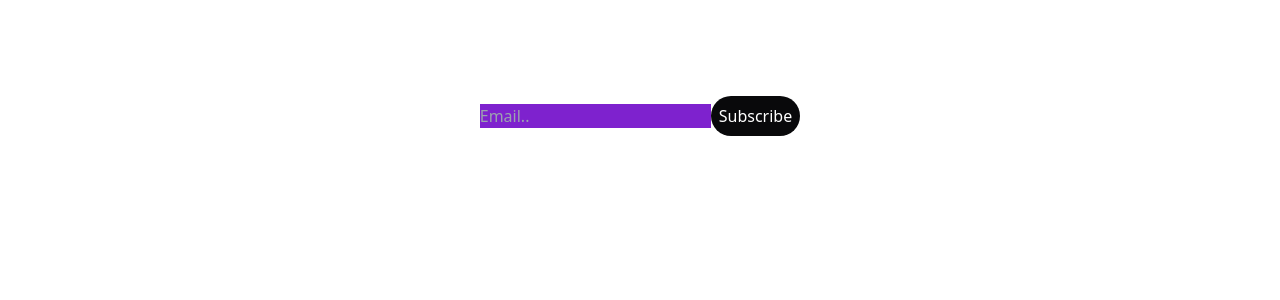
Repository: Semanmernstack/mailchimp-newsletter
Page: /
The author's editor kept a copy of each file at every save. The page is drawn from the files as they stood at one save, then again after the next save.
The browser window is 1280 px wide. The pictures show the whole page.
The project was rebuilt for these pictures with package versions that can differ from the ones it lists, and the page was loaded fresh each time. The framework's server and built-in components were replaced by stand-ins that run in the browser. Also part of the build but not shown: next.config.js.

Above is the page before, as saved 2023-05-24 05:08:33.

After the next save:
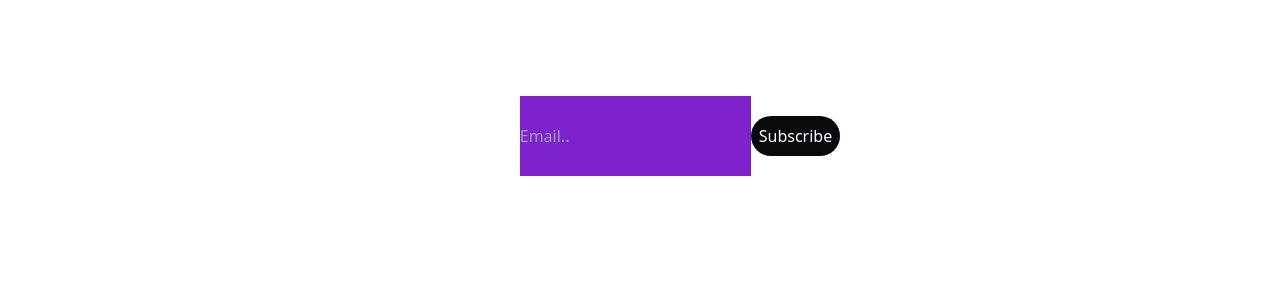
Saved 23 s later.
--- a/app/components/Mailing.tsx
+++ b/app/components/Mailing.tsx
@@ -20,7 +20,7 @@
                     value={input}
                     onChange={(e) => setInput(e.target.value)}
                     required
-                    className="outline-none bg-purple-700 border-none from-fuchsia-400 "
+                    className="outline-none bg-purple-700 h-20 ml-20 border-none from-fuchsia-400 "
 
                  />
                  <button className="cursor-pointer text-white bg-zinc-950 p-2 rounded-3xl " type='submit' ref={buttonRef} disabled={!input}    >
